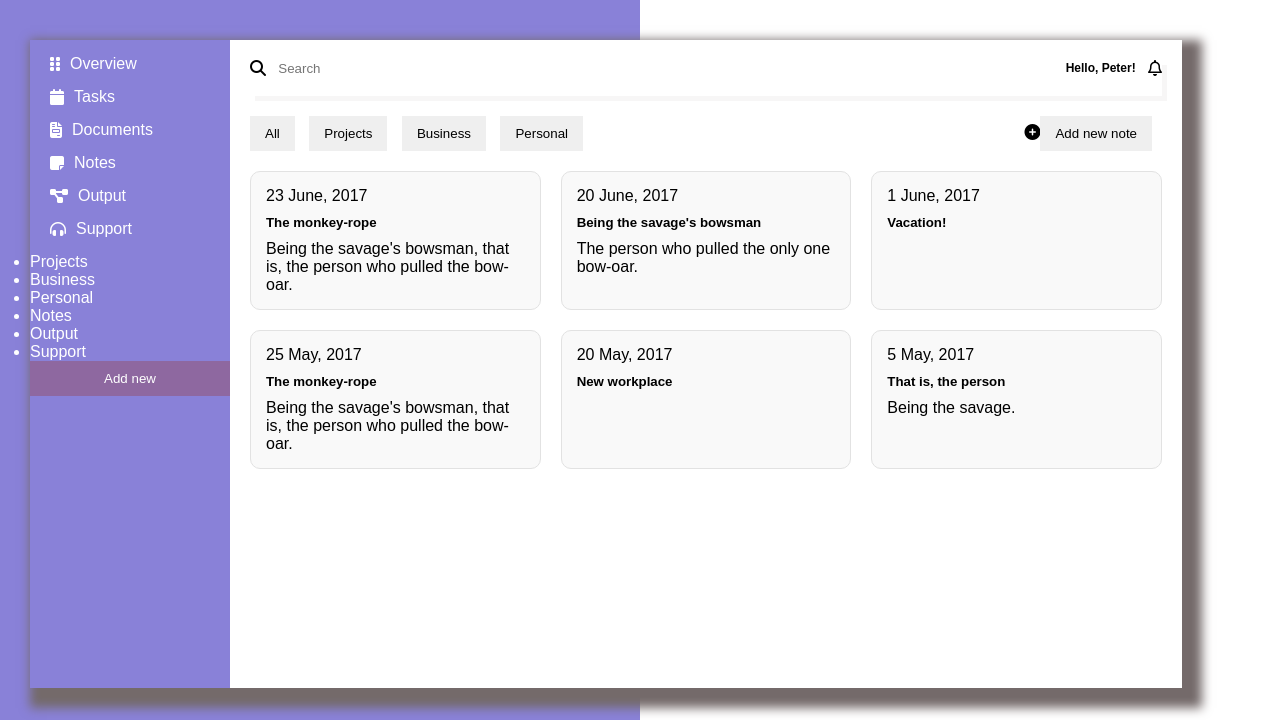
Repository: SatenikGabrielyan/HTML_CSS-_Assignment
Page: index.html
The author's editor kept a copy of each file at every save. The page is drawn from the files as they stood at one save, then again after a run of saves.
The browser window is 1280 px wide. The pictures show the whole page.
Some web libraries are served in a nearby version.

Above is the page before, as saved 2025-03-18 00:06:59.

### index.html
<!DOCTYPE html>
<html lang="en">
  <head>
    <meta charset="UTF-8" />
    <meta name="viewport" content="width=device-width, initial-scale=1.0" />
    <title>Notes App</title>
    <link rel="stylesheet" href="./style.css" />
    <script src="https://kit.fontawesome.com/858d305f19.js" crossorigin="anonymous"></script>
</head>
  <body>
      <div class="cont">
          <div class="purp"></div>
          <div class="whit"></div>
      </div>
    <div class="container">
      <aside class="sidebar">
        <!-- <header class="circle">
            <i class="fa-regular fa-circle"></i>
        </header> -->
        <nav>
            <ul class="first">
                <li><i class="fa-solid fa-grip-vertical"></i>Overview</li>
                <li> <i class="fa-solid fa-calendar"></i>Tasks</li>
                <li><i class="fa-solid fa-file-invoice"></i>Documents</li>
                <li><i class="fa-solid fa-note-sticky"></i>Notes</li>
                <li><i class="fa-solid fa-diagram-project"></i>Output</li>
                <li><i class="fa-solid fa-headphones-simple"></i>Support</li>
            </ul>
            <ul class="second">
                <li>Projects</li>
                <li>Business</li>
                <li>Personal</li>
                <li>Notes</li>
                <li>Output</li>
                <li>Support</li>
            </ul>
        </nav>
        <button class="add-new">Add new</button>
    </aside>

    <main class="main-content">
       <div class="header">
            <i class="fas fa-search"></i>  <input type="text" placeholder="Search">
            <h3>Hello, Peter!</h3> <i class="fa-regular fa-bell"></i>
    </div>
    <div class="proj">
        <div class="but">
        <div class="tabs">
            <button>All</button>
            <button>Projects</button>
            <button>Business</button>
            <button>Personal</button>
        </div>
        <div >
            <i class="fa-solid fa-circle-plus"></i><button class="add tabs">Add new note</button>
        </div>
    </div>
        <div class="notes-grid">
            <div class="note-card">
                <h4>23 June, 2017</h4>
                <h5>The monkey-rope</h5>
                <p>Being the savage's bowsman, that is, the person who pulled the bow-oar.</p>
            </div>
            <div class="note-card">
                <h4>20 June, 2017</h4>
                <h5>Being the savage's bowsman</h5>
                <p>The person who pulled the only one bow-oar.</p>
            </div>
            <div class="note-card">
                <h4>1 June, 2017</h4>
                <h5>Vacation!</h5>
            </div>
            <div class="note-card">
                <h4>25 May, 2017</h4>
                <h5>The monkey-rope</h5>
                <p>Being the savage's bowsman, that is, the person who pulled the bow-oar.</p>
            </div>
            <div class="note-card">
                <h4>20 May, 2017</h4>
                <h5>New workplace</h5>
            </div>
            <div class="note-card">
                <h4>5 May, 2017</h4>
                <h5>That is, the person</h5>
                <p>Being the savage.</p>
            </div>
        </div>
    </div>
    </main>

    </div>

  </body>
</html>

### style.css
/* CSS Variables for Colors */
:root {
    --bg-color: #fbfbfb;
    --primary-color: #8981d8;
    --secondary-color: #d0d0d0;
    --text-color: #858499;
    --highlight-color: #7f77cc;
    --hover-color: rgba(137, 129, 216, 0.5);
  }


  * {
    margin: 0;
    padding: 0;
    box-sizing: border-box;
  }

  body {
    font-family: Arial, sans-serif;
    /* background-color: var(--bg-color); */
    display: flex;
    height: 100vh;
  }
  .wrapper{
    position: relative;
  }

  .cont{
      display: flex;
      width: 100%;
      position: relative;
      z-index: -1;
      border-radius: 10px;
  }
.purp {
    width: 50%;
    background-color: var(--primary-color);
    flex-direction: row;
}
.whit {
    width: 50%;
    /* background-color: lightgray; */
    flex-direction: row;
}
  .container {
    display: flex;
    width: 90%;
    height: 90%;

    box-shadow: 10px 10px 10px 10px rgb(116, 106, 106);
    margin-left: 30px;
    margin-right: 30px;
    margin-top: 40px;
    margin-bottom: 80px;
    background: center;
    position: absolute;
    z-index: 2;
  }

   .sidebar {
    width: 200px;
    background-color: var(--primary-color);
    color: #fff;
    display: flex;
    flex-direction: column;
    /* padding: 20px; */
  }

  /* .main-content li {
    float: left;
  }

  .main-content li a {
    display: block;
    color: white;
    text-align: center;
    padding: 14px 16px;
    text-decoration: none;
  }

  .main-content li a:hover:not(.active) {
    background-color: #111;
  } */
  .first {
    /* list-style-type: none; */
    list-style: none;
}
.first li {
    margin: 15px 0;
    display: flex;
    align-items: center;
    cursor: pointer;
    padding-left: 20px;
}
  .sidebar-header h2 {
    margin-bottom: 20px;
  }

  .first li i {
    margin-right: 10px;
  }
 .second {

 }
  .main-content {
    background-color: white;
    /* width: 200px; */
    flex-grow: 1;
    flex: 1;
    /* padding-top: 20px; */
     padding: 20px;
    /* overflow-y: auto;  */
  }

   /* header {
    display: flex;
    justify-content: space-between;
    align-items: center;
    margin-bottom: 20px;
  } */

  /*
  .header-left p {
    font-size: 1.2em;
    color: var(--text-color);
  }

  .header-right {
    display: flex;
    align-items: center;
  }

  .header-right i {
    margin-right: 20px;
    cursor: pointer;
  }

  .add-note-btn {
    background-color: var(--primary-color);
    color: #fff;
    border: none;
    padding: 10px 20px;
    cursor: pointer;
    display: flex;
    align-items: center;
  }

  .add-note-btn i {
    margin-right: 10px;
  }


  .notes-grid {
    display: grid;
    grid-template-columns: repeat(auto-fill, minmax(300px, 1fr));
    gap: 20px;
  }

  .note-item {
    background-color: #fff;
    border-radius: 8px;
    box-shadow: 0 2px 4px rgba(0, 0, 0, 0.1);
    overflow: hidden;
    display: flex;
    flex-direction: column;
    padding: 20px;
  }

  .note-item img {
    width: 100%;
    height: auto;
    border-radius: 8px;
    margin-bottom: 15px;
  }

  .note-item p {
    color: var(--text-color);
    font-size: 1em;
    line-height: 1.5;
  }


  .sidebar-list li:hover {
    background-color: var(--highlight-color);
    transition: background-color 0.3s ease;
  }


  @media (max-width: 768px) {
    .container {
      flex-direction: column;
    }

    .sidebar {
      width: 100%;
      flex-direction: row;
      justify-content: space-around;
      padding: 10px;
    }

    .sidebar-list {
      display: flex;
      flex-direction: row;
      gap: 15px;
    }

    .sidebar-list li {
      margin: 0;
    }

    .main-content {
      padding: 10px;
    }

    header {
      flex-direction: column;
      align-items: flex-start;
    }

    .header-right {
      margin-top: 10px;
    }

    .notes-grid {
      grid-template-columns: 1fr;
    }

    .note-item {
      padding: 10px;
    }

    .note-item img {
      margin-bottom: 10px;
    }
  } */
  /* .sidebar {
    background-color: #5e4b9a;
    color: white;
    width: 300px;
    padding: 20px;
} */

/* .sidebar header {
    font-size: 24px;
}

.sidebar nav ul {
    list-style: none;
    padding: 0;
}

.sidebar nav ul li {
    margin: 15px 0;
} */

.add-new {
    background-color: #8e68a0;
    color: white;
    border: none;
    padding: 10px;
    cursor: pointer;
}

.header {
    display: flex;
    width: 100%;
    justify-content: space-between;
    align-items: center;
    background-color: white;
    box-shadow: 5px  5px rgb(247, 246, 246);
    padding-bottom: 20px;
}

.header input {
    border: none;
    margin: 0;
    width: 85%;
}

.header h3 {
    margin: 0;
    font-size: 12px;
}

.tabs {
    margin: 20px 0;
}

.tabs button {
    margin-right: 10px;
    padding: 10px 15px;
    border: none;
    /* background-color: #e2e2e2; */
    cursor: pointer;
}
.tabs :hover {
    background-color: var(--highlight-color);
    transition: background-color 0.3s ease;
  }

.notes-grid {
    display: grid;
    grid-template-columns: repeat(auto-fill, minmax(240px, 1fr));
    gap: 20px;
}
.but{
    display: flex;
    flex-direction: row;
    justify-content: space-between;
}
.add {
    margin-right: 10px;
    padding: 10px 15px;
    border: none;
    cursor: pointer;
}

.note-card {
    border: 1px solid #e2e2e2;
    border-radius: 10px;
    padding: 15px;
    background-color: #f9f9f9;
}

.note-card h4 {
    margin: 0;
    font-weight: normal;
}

.note-card h5 {
    margin: 10px 0;
}

After the next 2 saves:
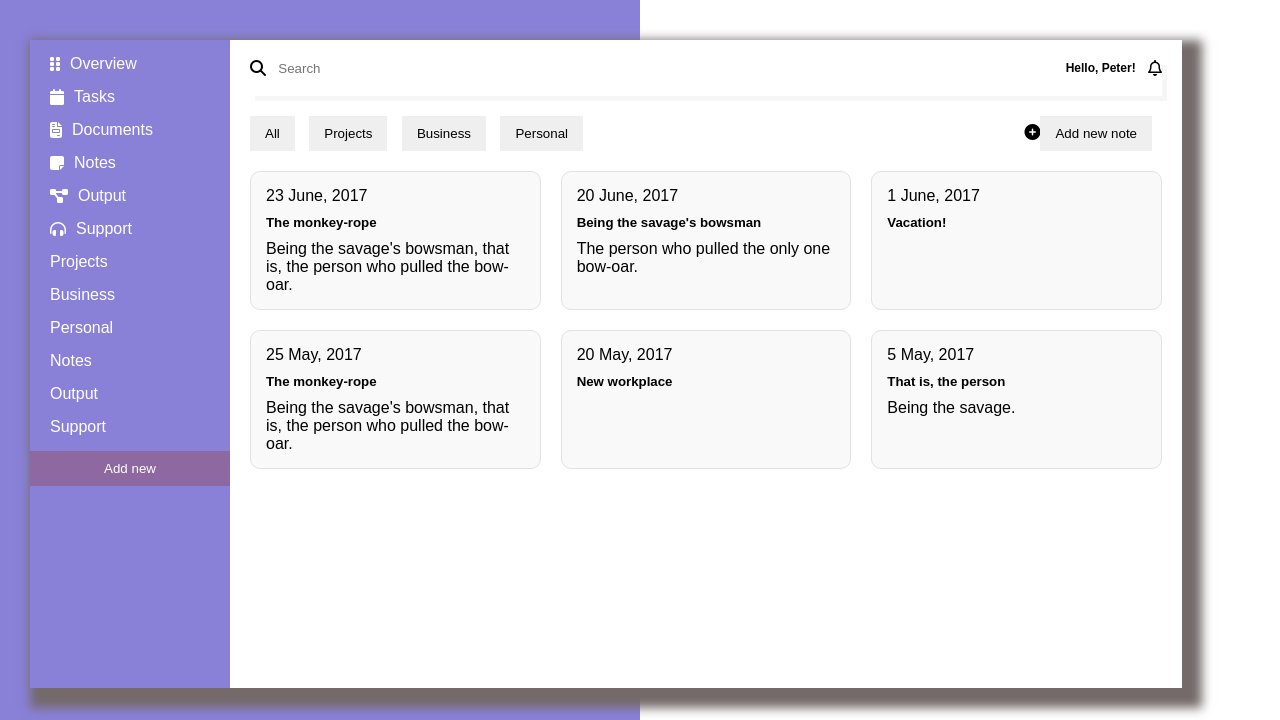
The 2 saves are shown as one change because they came seconds apart.
The last was saved 12 s later.
--- a/style.css
+++ b/style.css
@@ -99,8 +99,12 @@
   .first li i {
     margin-right: 10px;
   }
- .second {
-
+ .second li {
+    margin: 15px 0;
+    display: flex;
+    align-items: center;
+    cursor: pointer;
+    padding-left: 20px;
  }
   .main-content {
     background-color: white;

After the 2 saves that followed:
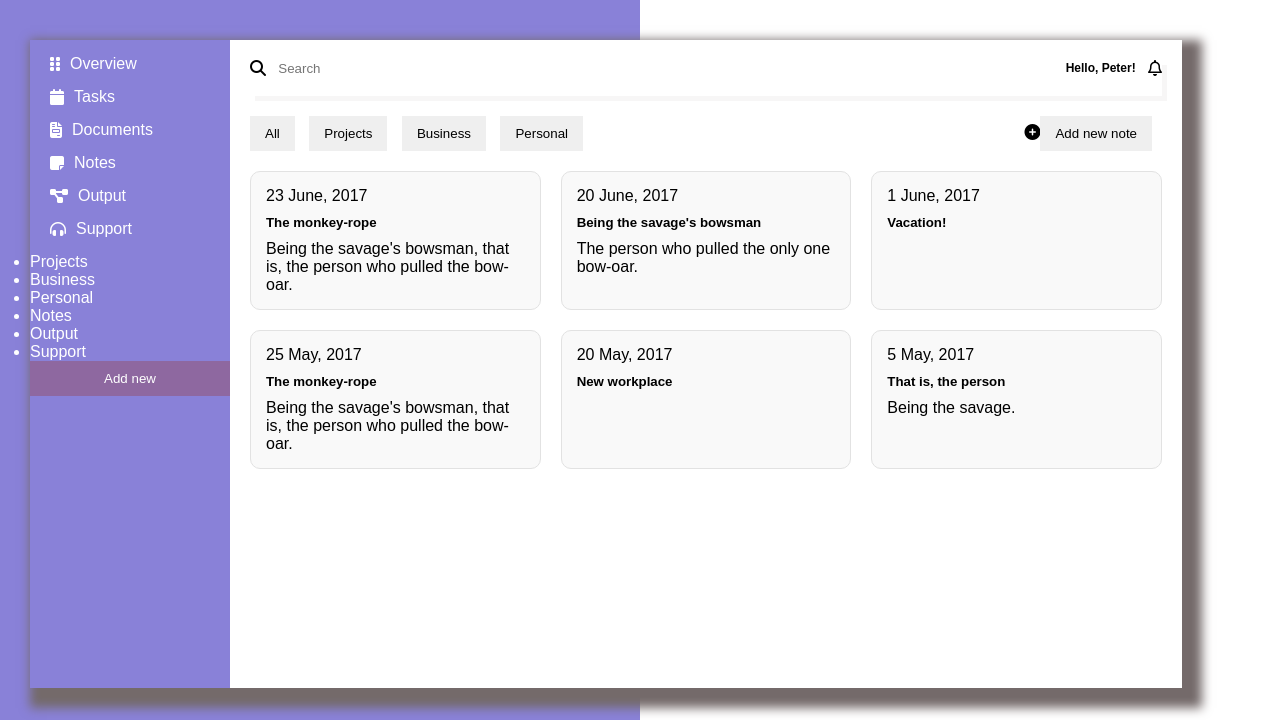
The 2 saves are shown as one change because they came seconds apart.
The last was saved 28 s later.
--- a/style.css
+++ b/style.css
@@ -99,6 +99,7 @@
   .first li i {
     margin-right: 10px;
   }
+  seco
  .second li {
     margin: 15px 0;
     display: flex;
